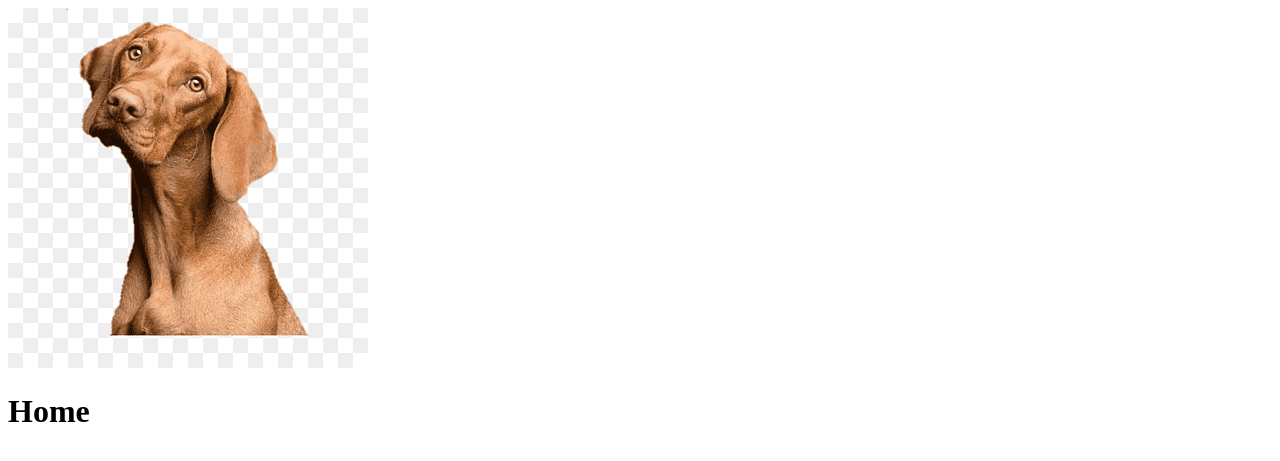
Repository: andrew1092/ExpressPet
Page: http://localhost/
An editor plug-in stored every save of this project. The page is shown before and after the next save, followed by the edit.
The browser window is 1280 px wide. The pictures show the whole page.
The page is served by the project's Node server (server.js). Other server files are loaded and not shown.

Above is the page before, as saved 2023-05-26 12:51:12.

### app/views/index.ejs
<!DOCTYPE html>
<html lang="en">
<head>
    <meta charset="UTF-8">
    <meta http-equiv="X-UA-Compatible" content="IE=edge">
    <meta name="viewport" content="width=device-width, initial-scale=1.0">
    <title><%= title %></title>
</head>
<body>
    <img src="img/logo.png" alt="logo">
    <h1><%= title %></h1>
</body>
</html>

### server.js
process.env.NODE_ENV = process.env.NODE_ENV || 'development';
var express = require('./config/express');
var app = express();
app.listen(3000);
module.exports = app;

console.log('Server running at http://localhost:3000/');

### app/routes/index.server.routes.js
var express = require('express');
var router = express.Router();

/* GET home page. */
router.get('/', function(req, res, next) {
  res.render('index', { title: 'Home' });
});

router.get('/about', function(req, res, next) {
  res.render('about', { title: 'About' });
});
router.get('/products', function(req, res, next) {
  res.render('products', { title: 'Products' });
});
router.get('/contact', function(req, res, next) {
  res.render('contact', { title: 'Contact' });
});
router.get('/services', function(req, res, next) {
  res.render('services', { title: 'Services' });
});

module.exports = router;

After the next save:
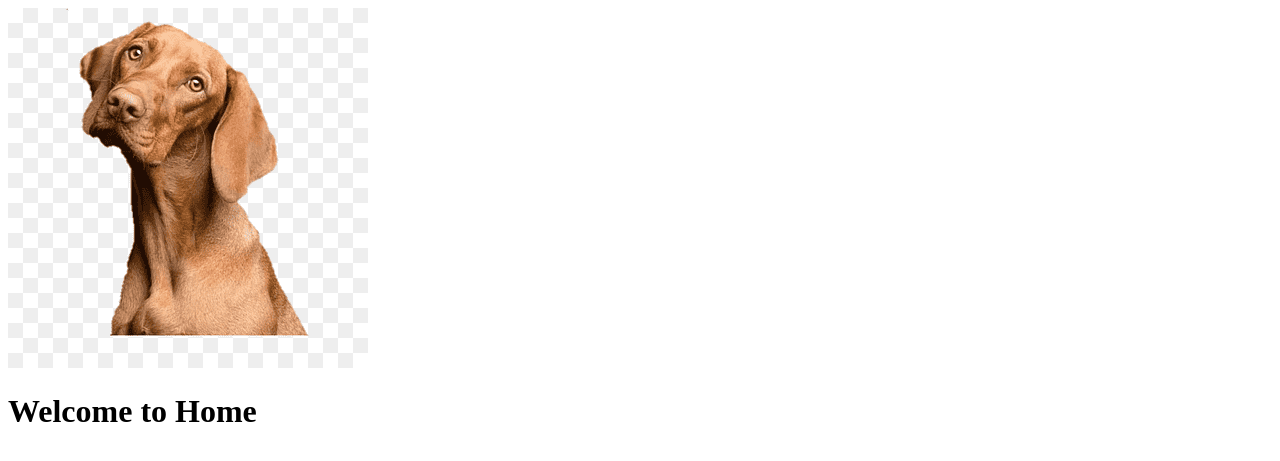
Saved 79 s later.
--- a/app/views/index.ejs
+++ b/app/views/index.ejs
@@ -8,6 +8,6 @@
 </head>
 <body>
     <img src="img/logo.png" alt="logo">
-    <h1><%= title %></h1>
+    <h1>Welcome to <%= title %></h1>
 </body>
 </html>
